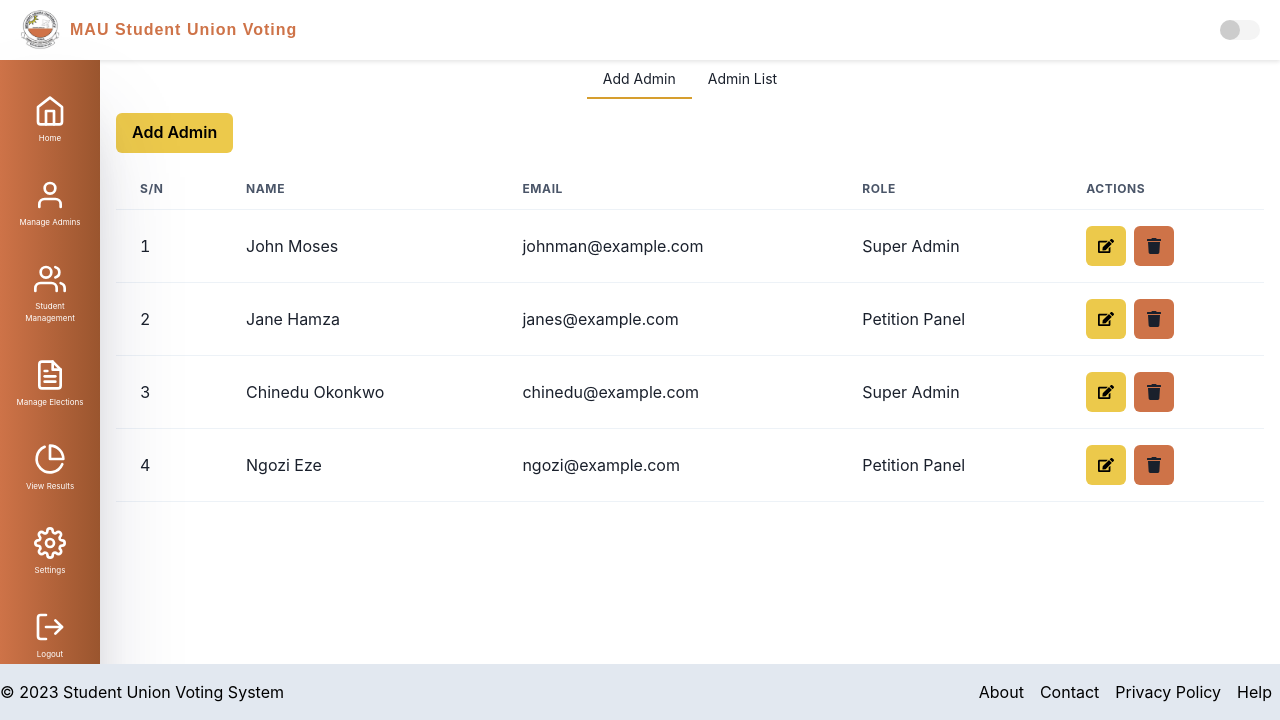
Repository: joena1o/e-vote
Page: /admin-dashboard/manage-admin
An editor plug-in stored every save of this project. The page is shown before and after the next save, followed by the edit.
The browser window is 1280 px wide. The pictures show the whole page.
The project was rebuilt for these pictures with package versions that can differ from the ones it lists, and the page was loaded fresh each time. Also part of the build but not shown: src/components/EnhancedLogin.js, src/components/BottomNav.js, src/api/index.js, src/components/maincontent/home/Home.styles.js, src/components/maincontent/home/Home.js, src/components/maincontent/RegisterStudents/ManageStudents.js, src/components/maincontent/RegisterStudents/RegisterStudents.js, src/components/maincontent/RegisterStudents/StudentManagement.js and 22 more.

Above is the page before, as saved 2023-12-26 19:41:29.

After the next save:
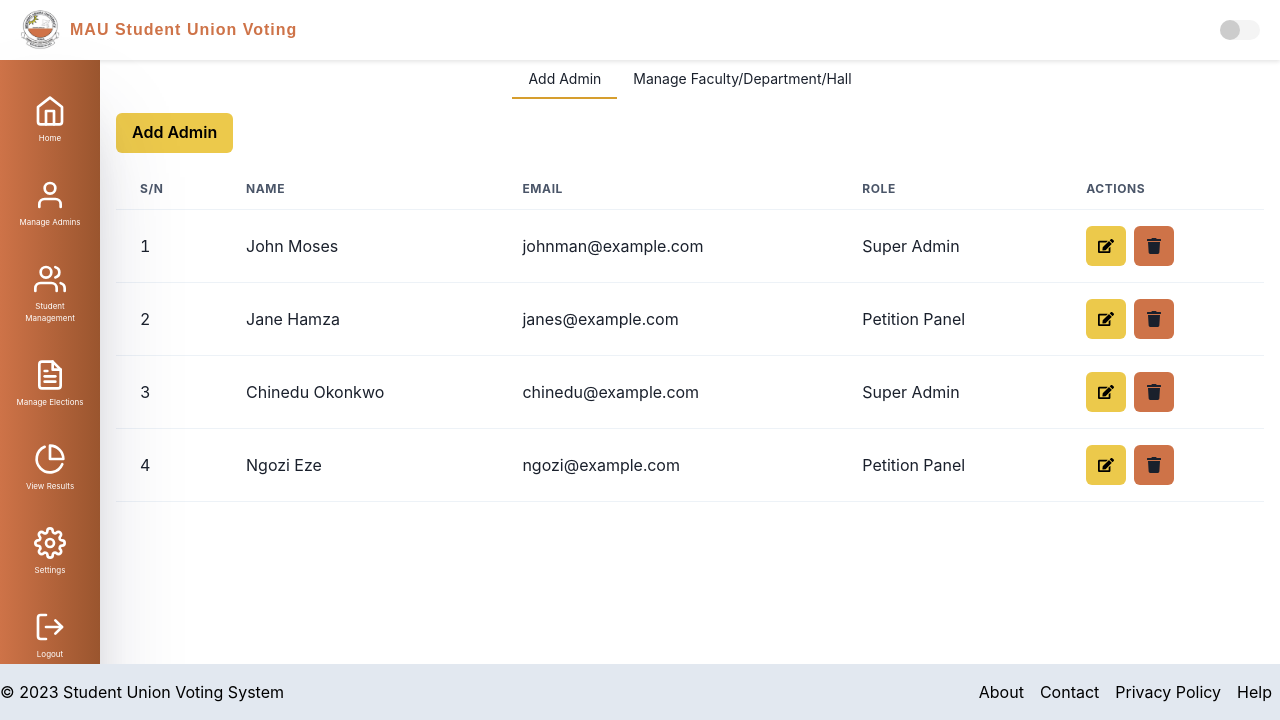
Saved 7 min 31 s later.
--- a/src/components/maincontent/ManageAdmins/ManageAdmins.js
+++ b/src/components/maincontent/ManageAdmins/ManageAdmins.js
@@ -20,7 +20,7 @@ const ManageAdmins = () => {
               Add Admin
             </Tab>
             <Tab fontSize="sm" px={4} py={2} _selected={{ borderBottom: '2px solid', borderColor: 'yellow.500' }}>
-              Admin List
+              Manage Faculty/Department/Hall
             </Tab>
           </TabList>
           <TabPanels>
